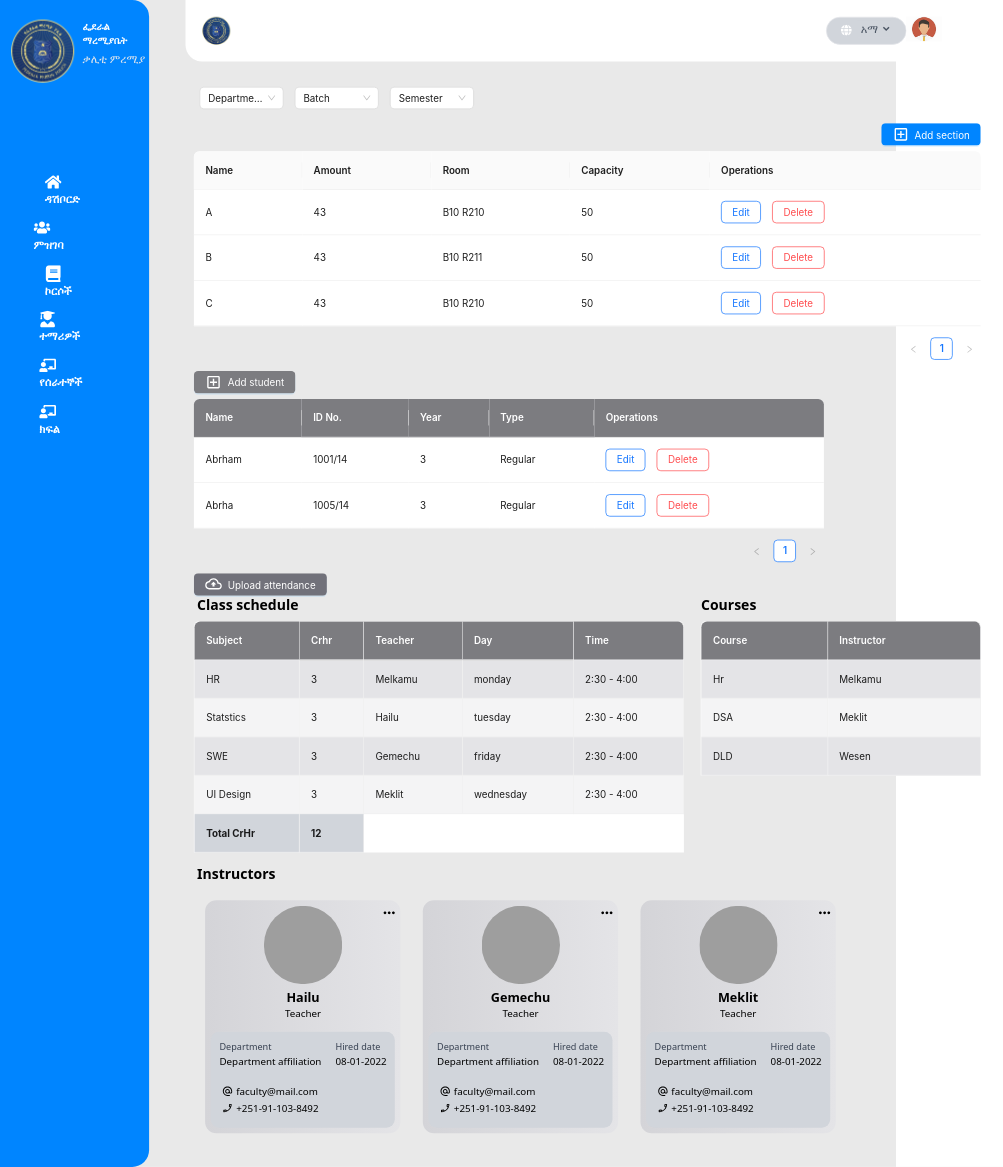
Repository: Yigoya/federal-prison-education-ms-frontend
Page: /classroom, after clicking the first element matching `td.ant-table-cell > a`
These files come from the project's save history. The page is drawn as it stood at one moment and after the next save; the edit follows.
The browser window is 1280 px wide. The page is 1433 px wide, so the pictures cover 1433 px, including what lies to the right of the window. The pictures show the whole page, at 70% of full size.
Pictures or frames that could not be fetched are drawn as grey boxes. The project was rebuilt for these pictures with package versions that can differ from the ones it lists, and the page was loaded fresh each time. Also part of the build but not shown: vite.config.js, src/pages/DashBoard.jsx, src/pages/Courses.jsx, src/layout/AuthLayout.jsx, src/pages/Login.jsx, src/pages/Teachers.jsx, src/pages/StudentRegistration.jsx, src/components/classroom/ComboBox.jsx and 1 more. Imported but missing from the stored project, and not drawn on this page: src/pages/Students.

Above is the page before, as saved 2024-07-05 16:03:17.

### src/App.jsx
// import { useState } from "react";
import "./App.css";
import { Routes, Route } from "react-router-dom";
import DashBoard from "./pages/DashBoard";
// import Register from "./pages/Register";
import Students from "./pages/Students";
import Courses from "./pages/Courses";
import RootLayout from "./layout/RootLayout";
import AuthLayout from "./layout/AuthLayout";
import Login from "./pages/Login";
import Teachers from "./pages/Teachers";
// import { useTranslation } from "react-i18next";
import { StudentRegistration } from "./pages/StudentRegistration";
import Classroom from "./pages/Classroom";
function App() {
  // const [count, setCount] = useState(0);
  // const { t } = useTranslation();
  return (
    <>
      <Routes>
        <Route element={<AuthLayout />}>
          <Route path="/login" element={<Login />} />
        </Route>
        <Route element={<RootLayout />}>
          <Route path="/" element={<DashBoard />} />
          <Route path="/register" element={<StudentRegistration />} />
          <Route path="/students" element={<Students />} />
          <Route path="/courses" element={<Courses />} />
          <Route path="/allcourse" element={<Courses />} />
          <Route path="/addcourse" element={<Courses />} />
          <Route path="/managecourse" element={<Courses />} />
          <Route path="/classroom" element={<Classroom />} />
          <Route path="/grading" element={<Courses />} />
          <Route path="/staffprofile" element={<Courses />} />
          <Route path="/examscheduling" element={<Teachers />} />
        </Route>
      </Routes>
    </>
  );
}

export default App;

### src/App.css
/* Header row background color */
.ant-table-thead > tr > th {
    background-color: #0085FF; /* Set your desired background color here */
    color: #fff; /* Set the text color if needed */
  }

### src/layout/RootLayout.jsx
// import React from 'react'
import { Outlet } from "react-router-dom";
import Navbar from "../components/Navbar";
import SideBar from "../components/SideBar";
function RootLayout() {
  return (
    <div className="flex flex-row w-full min-h-dvh gap-8 bg-[#E9E9E9]">
        <SideBar />

      <div className="w-full min-h-dvh max-h-full">
        <Navbar />
        <div className="flex-1 flex overflow-hidden">
          <section className="flex-1 overflow-y-scroll">
            <Outlet />
          </section>
        </div>
      </div>
    </div>
  );
}

export default RootLayout;

### src/pages/Classroom.jsx
import { useState } from "react";
import Selector from '../components/classroom/Selector.jsx';
import SectionsTable from "../components/classroom/SectionsTable.jsx";
import NewSectionDrawer from "../components/classroom/NewSectionDrawer.jsx";
import {
  departmentOptions,
  yearOptions,
  semesterOptions,
} from "../data/classroomArrayData.js";
import { Button } from "antd";
import AddBoxOutlinedIcon from "@mui/icons-material/AddBoxOutlined";

const Classroom = () => {
  const [drawerVisiblity, setDrawerVisiblity] = useState(false);
  const handleClick = () => {
    setDrawerVisiblity(prevState => !prevState);
  };

  return (
    <div className="p-8 ">
      <Selector typeName="Department" options={departmentOptions} />
      <Selector typeName="Batch" options={yearOptions} />
      <Selector typeName="Semester" options={semesterOptions} />

      {/* sections table */}
      <div className="mt-4">
        {drawerVisiblity && <NewSectionDrawer visiblity = {drawerVisiblity}/>}
        <div className="grid justify-items-end">
          <Button
            className="bg-[#0085FF] mb-2"
            type="primary"
            onClick={handleClick}
          >
            <AddBoxOutlinedIcon />
            Add section
          </Button>
        </div>
        <SectionsTable />
      </div>
    </div>
  );
};

export default Classroom;

### src/components/Navbar.jsx
import React from 'react'
import { AiOutlineSearch } from 'react-icons/ai';
import logo from '../assets/images/fdre_logo.png'
import { FaGlobe } from 'react-icons/fa';
import avatar from '../assets/images/Avatar.jpg'
import { useTranslation } from 'react-i18next';
function Navbar() {
  const { i18n } = useTranslation();

  const handleLanguageChange = (event) => {
    i18n.changeLanguage(event.target.value);
  };
  return (
    <div className='mr-16 '>
      <div className='bg-white rounded-b-3xl p-6 ml-5 flex justify-between'>
        <div style={{ width: '40px' }} >
          <img src={logo}  alt="logo" />
        </div>
        <div className='flex '>
          <div className='py-1 px-5 border rounded-full bg-gray-300 '>
           <FaGlobe className='inline-block text-white mr-2'/>
            <select onChange={handleLanguageChange} className='inline-block bg-gray-300 text-gray-600' id="">
              <option value="am">አማ</option>
              <option value="en">En</option>
              <option value="or">Oro</option>
            </select>
          </div>
          <div>
            <img src={avatar} width={'50px'}/>
          </div>
        </div>
      </div>

    </div>
  )
}

export default Navbar

### src/components/SideBar.jsx
import { FaHome, FaUserGraduate, FaBook, FaChalkboardTeacher, FaUsers } from 'react-icons/fa';

import logo from '../assets/images/fdre_logo.png'
import { Link } from 'react-router-dom'
import { useTranslation } from 'react-i18next';
function SideBar() {
const {t} = useTranslation()
  return (
    <div className='w-1/4 bg-[#0085FF] rounded-r-3xl'>
          <div className='mt-7 ml-4 flex'>
            <div className='mr-3'>
              <img src={logo} alt="logo" width={'100px'} />
            </div>
            <div>
              <p className ='font-bold text-sm text-white mb-1'>{t('FDRE')}</p>
              <p className='text-gray-200'>{t('kality')}</p>
            </div>

          </div>
          <div className='flex flex-col items-center font-bold text-white py-20 mt-10'>

            <Link className='hover:border border-gray-200 rounded-full hover:bg-gray-100 hover:text-[#0085FF] p-2 px-16 inline-block mr-4' to='/'> <FaHome className='inline-block mr-2 text-2xl'/>{t('dashboard')}</Link>
            <Link className='hover:border border-gray-200 rounded-full py-2 px-12 hover:bg-gray-100 hover:text-[#0085FF] inline-block mr-10 ' to='/register'><FaUsers className='inline-block mr-2 text-2xl'/> {t('register')}</Link>
            <Link className='hover:border border-gray-200 rounded-full py-2 px-16 hover:bg-gray-100 hover:text-[#0085FF] inline-block mr-10 ' to='/courses'><FaBook className='inline-block mr-3  text-2xl'/>{t('courses')}</Link>
            <Link className='hover:border border-gray-200 rounded-full py-2 px-14 hover:bg-gray-100 hover:text-[#0085FF] inline-block mr-8' to='/students'> <FaUserGraduate className='inline-block mr-5  text-2xl'  />{t('students')}</Link>
            <Link className='hover:border border-gray-200 rounded-full py-2 px-14 hover:bg-gray-100 hover:text-[#0085FF] inline-block mr-10' to='/teachers'><FaChalkboardTeacher className='inline-block  mr-5  text-2xl'/>{t('staff')}</Link>
            <Link className='hover:border border-gray-200 rounded-full py-2 px-14 hover:bg-gray-100 hover:text-[#0085FF] inline-block mr-10' to='/classroom'><FaChalkboardTeacher className='inline-block  mr-5  text-2xl'/>{t('classroom')}</Link>

          </div>
        </div>

  )
}

export default SideBar

### src/pages/login.css

* {
    margin: 0;
    box-sizing: border-box;

}
.page {
    height: 100vh;
    width: 100%;
    display: flex;
    justify-content: center;
    align-items: center;
}

.cover {
    background-color: white;
    width: 30em;
    height: 25em;
    position: relative;
    border-radius: 1em;
    box-shadow: 0 0.188em 1.550em rgb(156, 156, 156);
    display: flex;
    flex-direction: column;
    align-items:center;
    justify-content:space-between;
    margin-right: 40px;

}

.container {
    display: flex;
    justify-content: space-between;
    align-items: center;

  }
.image-section {
    margin-left: 20px;
    padding: 100px;

}
.image-section img {
    margin-top: 2px;
    width: "200px";
    height: "200px";
    border-radius: "50%";
    object-fit: contain;

  }

input {
    border: none;
    background-color: rgb(229, 226, 226);
    width: 80%;
    border-radius: 0.25em;
    text-align: center;
    padding: 2em;
    font-size: 0.75em;
}

input:focus {
    outline-color: rgb(32, 177, 255);
}

.btn {
    width: 40%;
    height: 3em;
    background-color: rgb(32, 177, 255);
    display: flex;
    justify-content: center;
    align-items: center;
    transition: 0.5s;
    border-radius: 0.25em;
    cursor: pointer;
}

### src/components/classroom/Selector.jsx
// /* eslint-disable react/prop-types */
import { Select, Space } from 'antd';


const handleChange = (value) => {
  console.log(`selected ${value}`);
};

const Selector = ({typeName, options} ) => (
  <Space wrap>
    <Select
      className='mx-2 my-1'
      defaultValue={typeName}
      style={{
        width: 120,
      }}
      onChange={handleChange}
      options={options} // array of options
    />
  </Space>
);
export default Selector;

### src/components/classroom/SectionsTable.jsx
import { Space, Table, Button } from "antd";
import { sectionsData as data } from "../../data/classroomArrayData.js";
import { useState } from "react";
import StudentsTable from "./StudentsTable.jsx";
import ClassSchedule from "./ClassSchedule.jsx";
import CoursesList from "./CoursesList.jsx";
import InstructorDetails from "./InstructorDetails.jsx";
import UploadCenter from "./UploadCenter.jsx";

const SectionsTable = () => {
  const [activeSection, setActiveSection] = useState(null);

  const columns = [
    {
      title: "Name",
      dataIndex: "name",
      key: "name",
      render: (text) => <a onClick={() => handleSectionClick(text)}>{text}</a>,
    },
    {
      title: "Amount",
      dataIndex: "amount",
      key: "amount",
    },
    {
      title: "Room",
      dataIndex: "room",
      key: "room",
    },
    {
      title: "Capacity",
      dataIndex: "capacity",
      key: "capacity",
    },
    {
      title: "Operations",
      key: "action",
      render: () => (
        <Space size="middle">
          <Button type="primary" ghost>
            Edit
          </Button>
          <Button type="primary" danger ghost>
            Delete
          </Button>
        </Space>
      ),
    },
  ];

  const handleSectionClick = (sectionName) => {
    setActiveSection((prev) => (prev === sectionName ? null : sectionName));
  };

  return (
    <div>
      <Table columns={columns} dataSource={data} />
      {activeSection && (
        <div>
          <StudentsTable section={activeSection} />
          <UploadCenter text={"Upload attendance"} />
          <div className="flex gap-3">
            <ClassSchedule /> <br />
            <CoursesList />
          </div>
          <h1 className="text-xl mb-2 mt-4 ml-1 font-bold">Instructors</h1>
          <div className="flex">
            <InstructorDetails instructor={"Hailu"}/>
            <InstructorDetails instructor={"Gemechu"}/>
            <InstructorDetails instructor={"Meklit"}/>
          </div>
        </div>
      )}
    </div>
  );
};
export default SectionsTable;

### src/components/classroom/StudentsTable.jsx
import { Space, Table, Button } from "antd";
import { studentsData as data } from "../../data/classroomArrayData.js";
import AddBoxOutlinedIcon from "@mui/icons-material/AddBoxOutlined";

const columns = [
  {
    title: "Name",
    dataIndex: "name",
    key: "name",
    render: (text) => <a>{text}</a>,
    onHeaderCell: () => ({
      style: { backgroundColor: "#7c7c80", color: "#fff" },
    }),
  },
  {
    title: "ID No.",
    dataIndex: "id",
    key: "id",
    onHeaderCell: () => ({
      style: { backgroundColor: "#7c7c80", color: "#fff" },
    }),
  },
  {
    title: "Year",
    dataIndex: "year",
    key: "year",
    onHeaderCell: () => ({
      style: { backgroundColor: "#7c7c80", color: "#fff" },
    }),
  },
  {
    title: "Type",
    dataIndex: "type",
    key: "type",
    onHeaderCell: () => ({
      style: { backgroundColor: "#7c7c80", color: "#fff" },
    }),
  },
  {
    title: "Operations",
    key: "action",
    onHeaderCell: () => ({
      style: { backgroundColor: "#7c7c80", color: "#fff" },
    }),
    render: () => (
      <Space size="middle">
        <Button type="primary" ghost>
          Edit
        </Button>
        <Button type="primary" danger ghost>
          Delete
        </Button>
      </Space>
    ),
  },
];

// eslint-disable-next-line react/prop-types
const StudentsTable = ({ section }) => {
  return (
    <div>
      <Button className="bg-[#7c7c80] mb-2" type="primary">
        <AddBoxOutlinedIcon />
        Add student
      </Button>
      <Table
        className="w-[900px]"
        columns={columns}
        dataSource={data.filter((student) => student.section === section)}
      />
      {console.log("the section clicked is : ", section)}
    </div>
  );
};
export default StudentsTable;

### src/components/classroom/CoursesList.jsx
import { Table } from "antd";

const columns = [
  {
    title: "Course",
    dataIndex: "course",
    onHeaderCell: () => ({
      style: { backgroundColor: "#7c7c80", color: "#fff" },
    }),
  },
  {
    title: "Instructor",
    dataIndex: "instructor",
    onHeaderCell: () => ({
        style: { backgroundColor: "#7c7c80", color: "#fff" }
      })
  },
];
const data = [
  {
    key: "1",
    course: "Hr",
    instructor: "Melkamu",
  },
  {
    key: "2",
    course: "DSA",
    instructor: "Meklit",
  },
  {
    key: "3",
    course: "DLD",
    instructor: "Wesen",
  },
];

const CoursesList = () => (
  <>
    <div className="flex justify-center">
        <div>
        <h1 className="text-xl mb-2 font-bold">Courses</h1>
      <Table
        className="w-[400px]"
        columns={columns}
        dataSource={data}
        pagination={false}
        bordered
        rowClassName={(record, index) =>
          index % 2 === 0 ? "bg-zinc-200" : "bg-zinc-100"
        }
      />
        </div>

    </div>
  </>
);
export default CoursesList;

### src/components/classroom/InstructorDetails.jsx
import MoreHorizOutlinedIcon from "@mui/icons-material/MoreHorizOutlined";
import AlternateEmailOutlinedIcon from "@mui/icons-material/AlternateEmailOutlined";
import PhoneEnabledOutlinedIcon from "@mui/icons-material/PhoneEnabledOutlined";

const InstructorDetails = ({instructor}) => {
  return (
    <div className="m-4 w-fit p-2 w-2/5 rounded-2xl relative bg-gradient-to-r from-zinc-300 to-zinc-200">
      {/* Main content */}
      <div className="flex flex-col place-items-center">
        <div className="flex justify-between items-center">
          <img
            src="https://img.freepik.com/premium-vector/user-vector-icon-outline-style-isolated-white-background-mobile-app-website-logotype-ui-human-symbol-man-silhouette-social-member-sign-personal-profile-sign-10-eps_824631-3088.jpg?w=740"
            alt="Profile"
            className="h-28 w-28 rounded-full"
          />
          <div className="absolute top-0 right-0 mt-1 mr-1">
            <MoreHorizOutlinedIcon className="hover:text-sky-500"/>
          </div>
        </div>

        <h1 className="text-lg mt-1 font-semibold">{instructor}</h1>
        <p className="text-sm">Teacher</p>
      </div>

      {/* Additional info */}
      <div className="bg-gray-300 rounded-xl w-full p-3 leading-3.5 mt-4">
        <div className="flex gap-5">
          <div>
            <p className="text-[13px] text-gray-700">Department</p>
            <p className="text-[14px]">Department affiliation</p>
          </div>
          <div>
            <p className="text-[13px] text-gray-700">Hired date</p>
            <p className="text-[14px]">08-01-2022</p>
          </div>
        </div>

        <div className="mt-6 leading-4 text-[14px]">
          <div className="flex">
            <AlternateEmailOutlinedIcon className="pb-2" />
            <p>faculty@mail.com</p>
          </div>
          <div className="flex">
            <PhoneEnabledOutlinedIcon className="pb-2"/>
            <p>+251-91-103-8492</p>
          </div>
        </div>
      </div>
    </div>
  );
};

export default InstructorDetails;

### src/components/classroom/UploadCenter.jsx
import CloudUploadOutlinedIcon from '@mui/icons-material/CloudUploadOutlined';
import {Button} from 'antd';

const UploadCenter = ({text, color, icon}) => {
  return (
    <div>
        <Button type="primary" className='bg-zinc-500' icon={<CloudUploadOutlinedIcon className='text-sky-400'/>} > Upload attendance</Button>
    </div>
  )
}

export default UploadCenter

Loaded but not shown: index.html (common file); src/main.jsx (common file); src/index.css (common file); tailwind.config.js (common file); src/i18n.js (152 lines, source omitted); src/data/classroomArrayData.js (135 lines, source omitted); src/components/classroom/ClassSchedule.jsx (111 lines, source omitted)

After the next save:
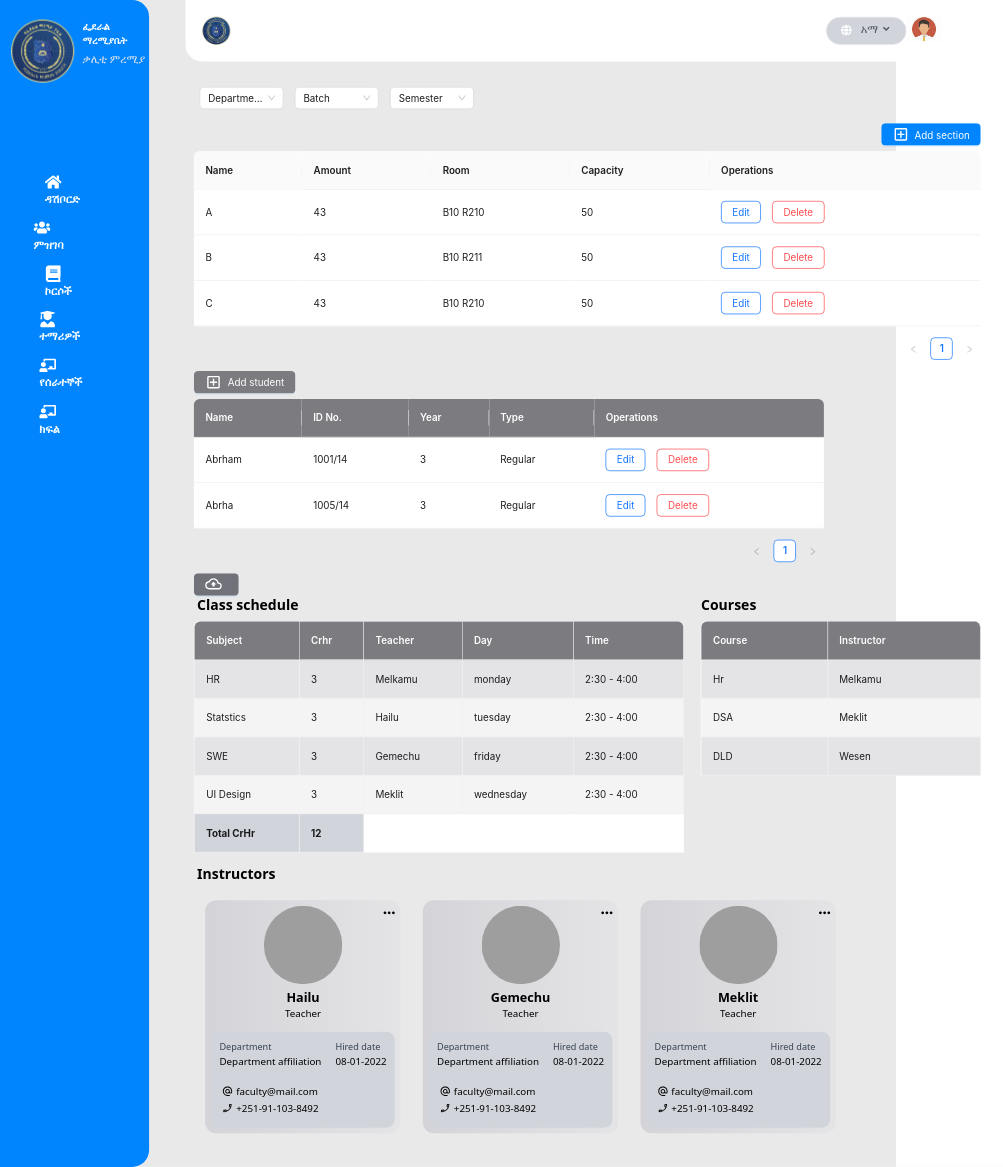
Saved 38 s later.
--- a/src/components/classroom/UploadCenter.jsx
+++ b/src/components/classroom/UploadCenter.jsx
@@ -4,7 +4,7 @@
 const UploadCenter = ({text, color, icon}) => {
   return (
     <div>
-        <Button type="primary" className='bg-zinc-500' icon={<CloudUploadOutlinedIcon className='text-sky-400'/>} > Upload attendance</Button>
+        <Button type="primary" className='bg-zinc-500' icon={<CloudUploadOutlinedIcon className='text-sky-400'/>} > </Button>
     </div>
   )
 }

After the 3 saves that followed:
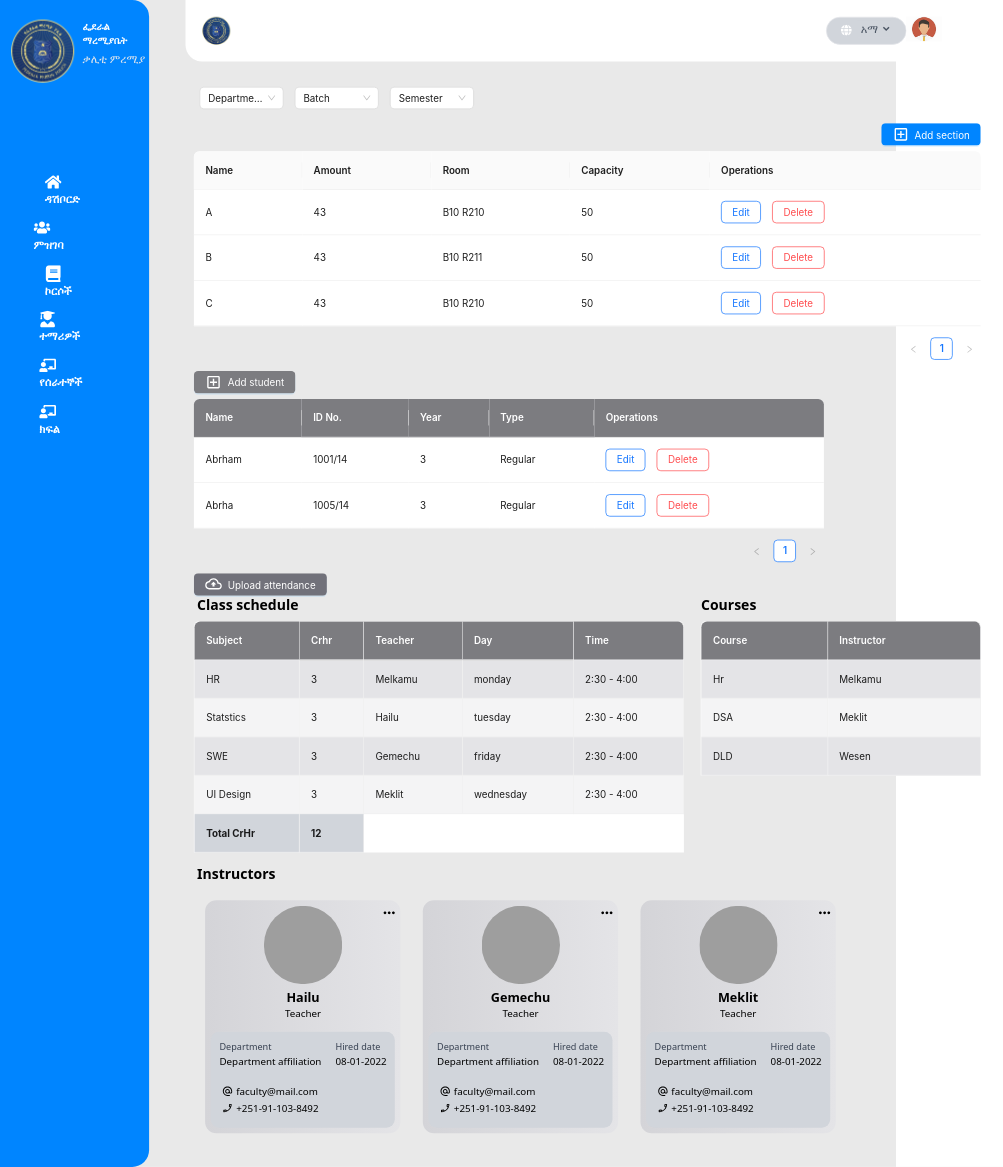
The 3 saves are shown as one change because 1 left the picture as it was and some came seconds apart.
The last was saved 24 s later.
--- a/src/components/classroom/UploadCenter.jsx
+++ b/src/components/classroom/UploadCenter.jsx
@@ -4,7 +4,7 @@
 const UploadCenter = ({text, color, icon}) => {
   return (
     <div>
-        <Button type="primary" className='bg-zinc-500' icon={<CloudUploadOutlinedIcon className='text-sky-400'/>} > </Button>
+        <Button type="primary" className='bg-zinc-500' icon={<CloudUploadOutlinedIcon className='text-sky-400'/>} > {text}</Button>
     </div>
   )
 }
